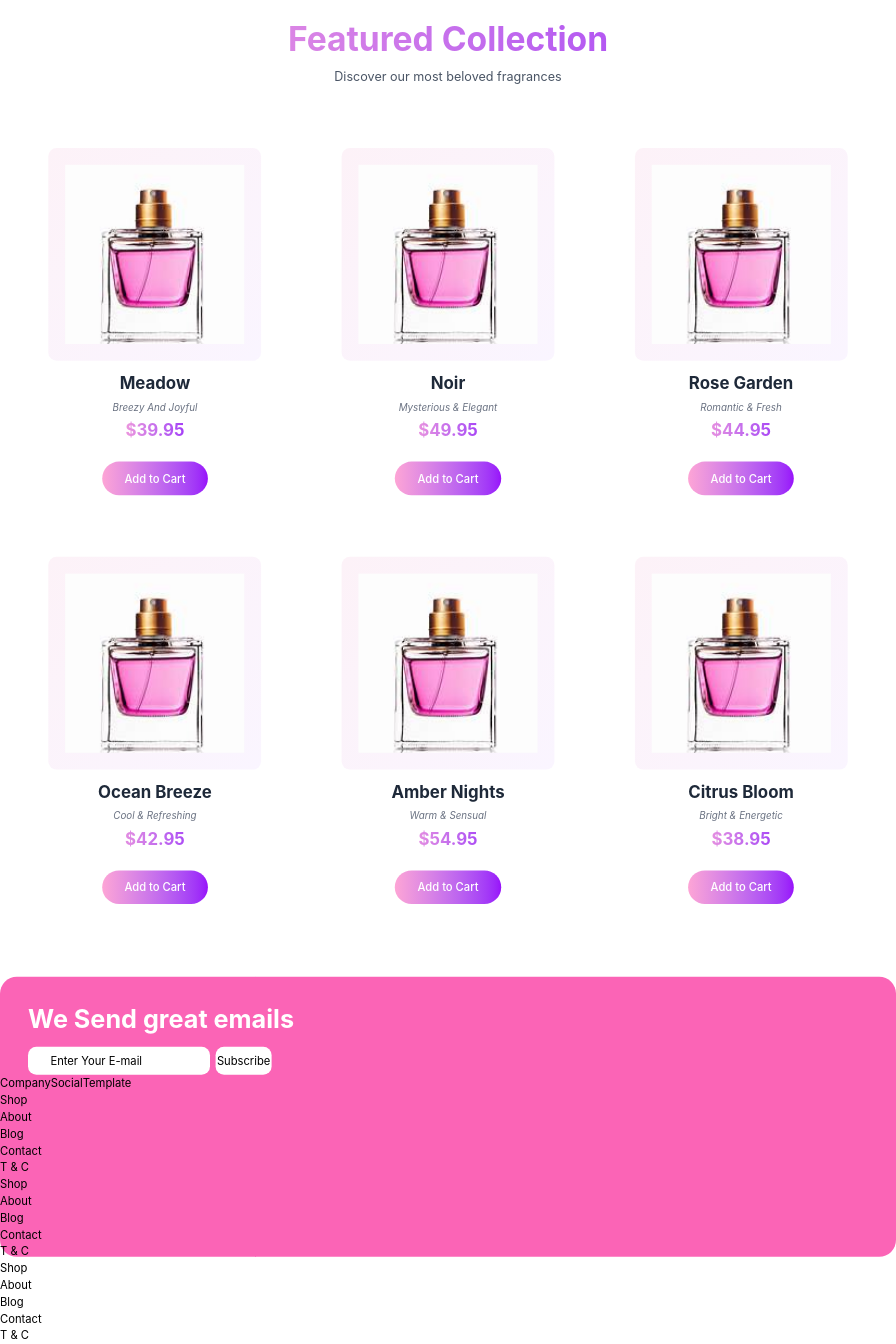
Repository: kiran2k5-ai/E-Commerce-Perfume
Page: /
The author's editor kept a copy of each file at every save. The page is drawn from the files as they stood at one save, then again after a run of saves.
The browser window is 1280 px wide. The pictures show the part of the page from y = 1028 to 2948 px (the page is 2948 px tall before and 2824 px after), at 70% of full size.
The project was rebuilt for these pictures with package versions that can differ from the ones it lists, and the page was loaded fresh each time. Also part of the build but not shown: vite.config.js.

Above is the page before, as saved 2026-02-04 12:50:54.

After the next 2 saves:
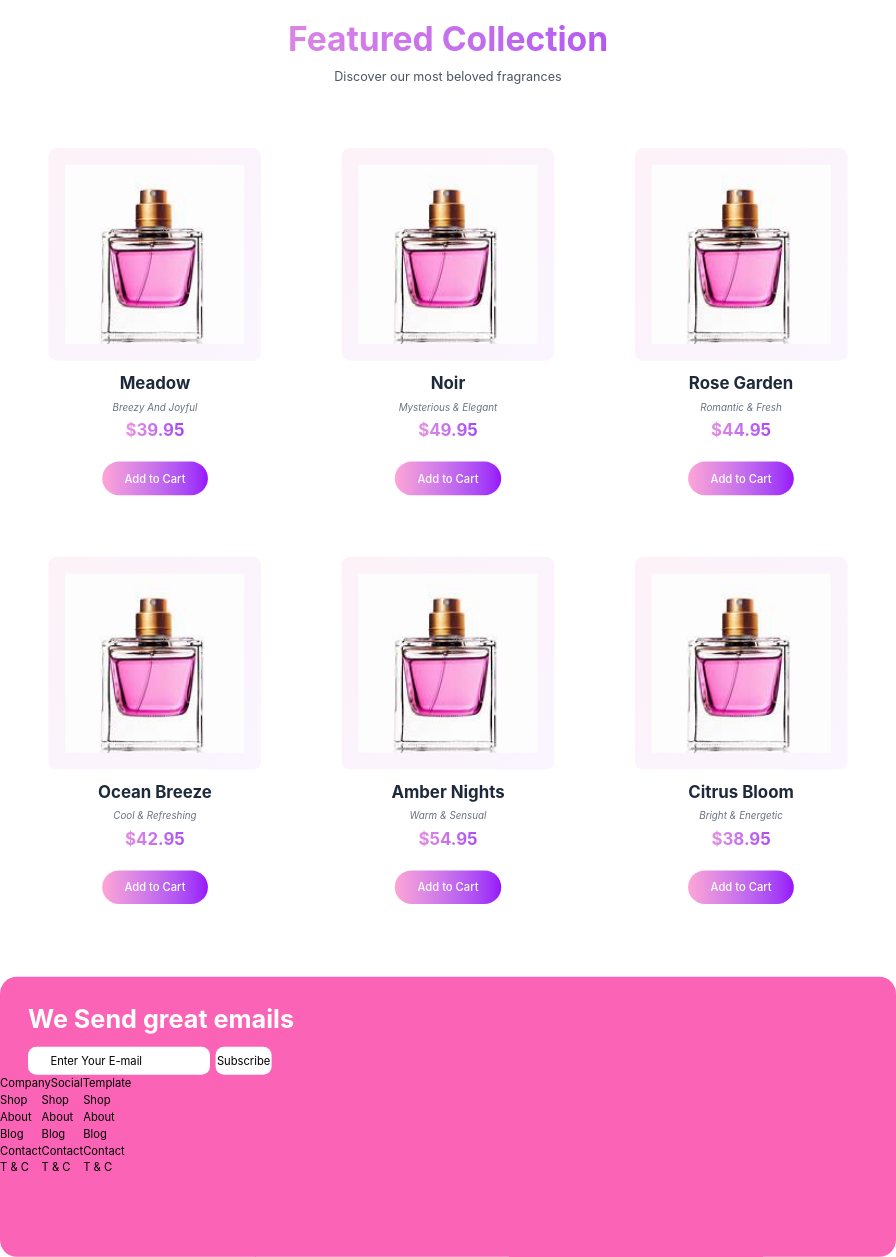
The 2 saves are shown as one change because they came seconds apart.
The last was saved 8 s later.
--- a/src/components/Footer.jsx
+++ b/src/components/Footer.jsx
@@ -17,7 +17,7 @@
                 <h1>Social</h1>
                 <h1>Template</h1>
             </div>
-            <div className=''>
+            <div className='flex f'>
                 <div className = 'flex flex-col'>
                     <a href="">Shop</a>
                     <a href="">About </a>

After the 2 saves that followed:
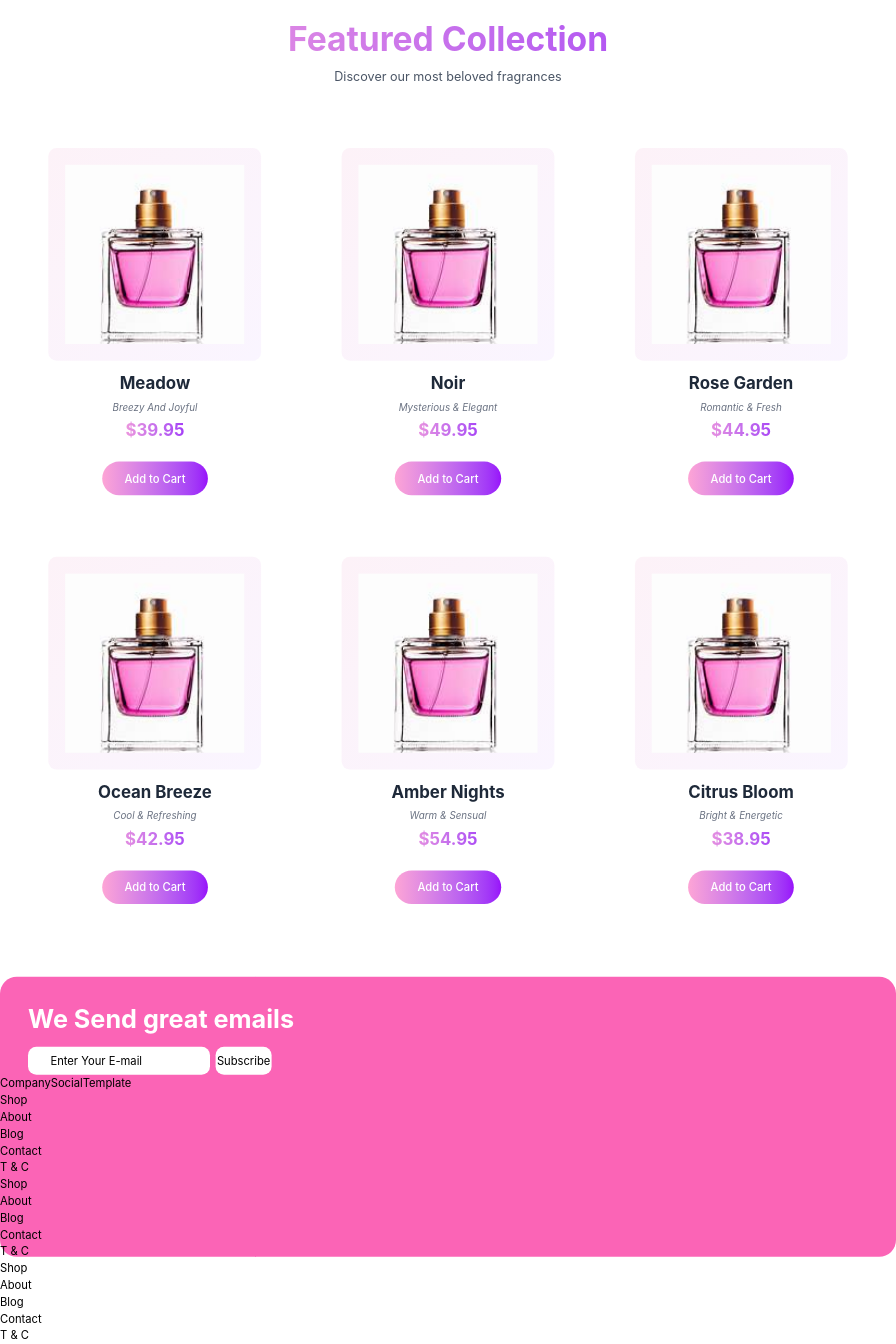
The 2 saves are shown as one change because they came seconds apart.
The last was saved 6 s later.
--- a/src/components/Footer.jsx
+++ b/src/components/Footer.jsx
@@ -17,7 +17,7 @@
                 <h1>Social</h1>
                 <h1>Template</h1>
             </div>
-            <div className='flex f'>
+            <div className='flex flex-col'>
                 <div className = 'flex flex-col'>
                     <a href="">Shop</a>
                     <a href="">About </a>
